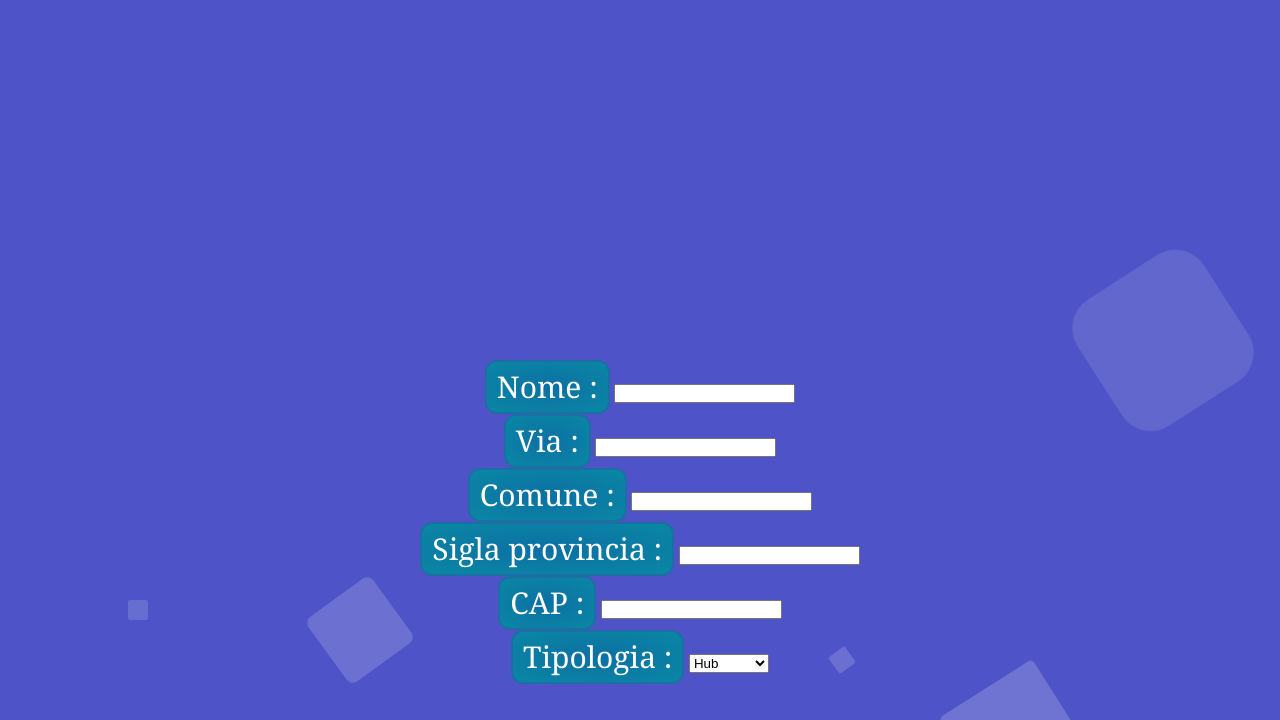
Repository: Jok98/CentriVaccinaliWebApp
Page: http://localhost/CentriVaccinaliOperatori/iscrizionecentrovax.jsp
The author's editor kept a copy of each file at every save. The page is drawn from the files as they stood at one save, then again after the next save.
The browser window is 1280 px wide. The pictures show the whole page.
Some web fonts or font styles are not loaded; a fallback is used. The page is served by Tomcat 9.

Above is the page before, as saved 2022-09-24 15:09:35.

After the next save:
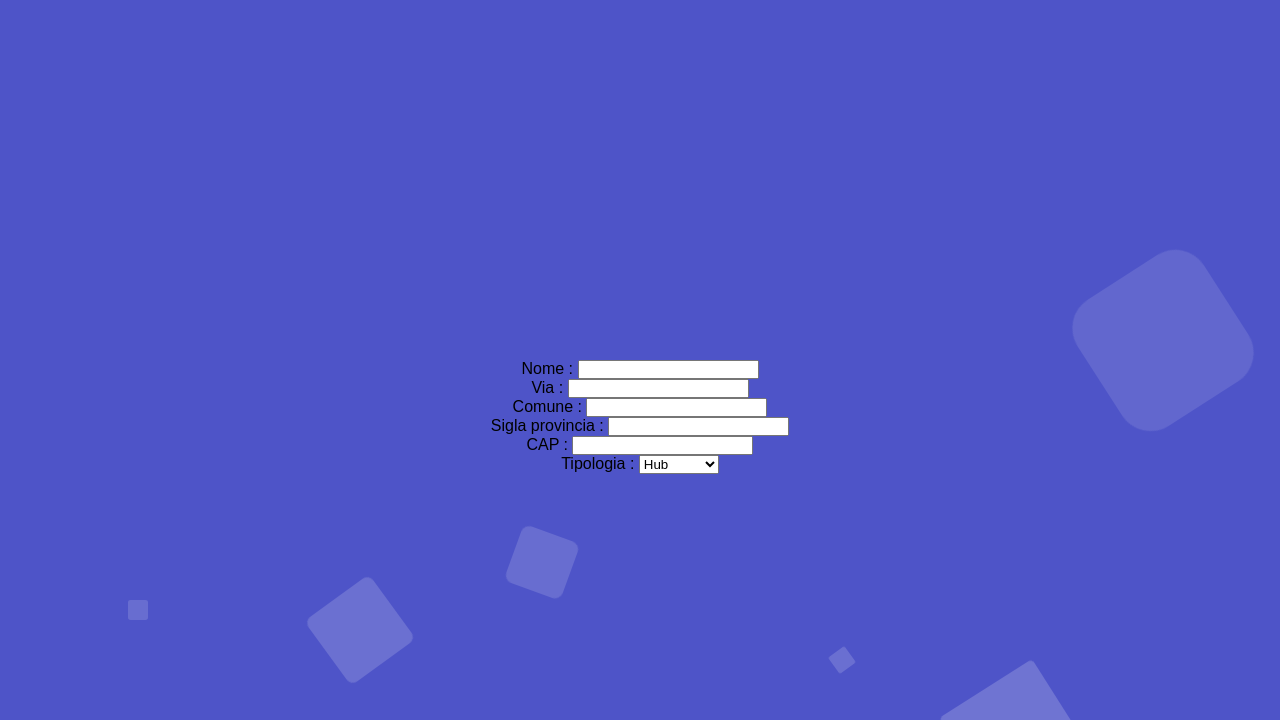
Saved 56 s later.
--- a/CentriVaccinaliOperatori/src/main/webapp/iscrizionecentrovax.jsp
+++ b/CentriVaccinaliOperatori/src/main/webapp/iscrizionecentrovax.jsp
@@ -25,22 +25,22 @@
 	</div>
 	<div class="context" align="center">
 		<form action="">
-		<label class="button" for="nomeCenvax">Nome : </label>
+		<label class="label" for="nomeCenvax">Nome : </label>
 		<input type="text" id="nomecenvax" name="nomecenvax">
 		<br>
-		<label class="button" for="viaCenvax">Via : </label>
+		<label class="label" for="viaCenvax">Via : </label>
 		<input type="text" id="viaCenvax" name="viaCenvax">
 		<br>
-		<label class="button" for="comuneCenvax">Comune : </label>
+		<label class="label" for="comuneCenvax">Comune : </label>
 		<input type="text" id="viaCenvax" name="viaCenvax">
 		<br>
-		<label class="button" for="sigprovCenvax">Sigla provincia : </label>
+		<label class="label" for="sigprovCenvax">Sigla provincia : </label>
 		<input type="text" id="sigprovCenvax" name="sigprovCenvax">
 		<br>
-		<label class="button" for="capCenvax">CAP : </label>
+		<label class="label" for="capCenvax">CAP : </label>
 		<input type="text" id="capCenvax" name="capCenvax">
 		<br>
-		<label class="button" for="tipoCenvax">Tipologia : </label>
+		<label class="label" for="tipoCenvax">Tipologia : </label>
 		<select name="tipoCenvax" id="tipoCenvax">
 			<option value="Hub">Hub</option>
 			<option value="Azienda">Azienda</option>
